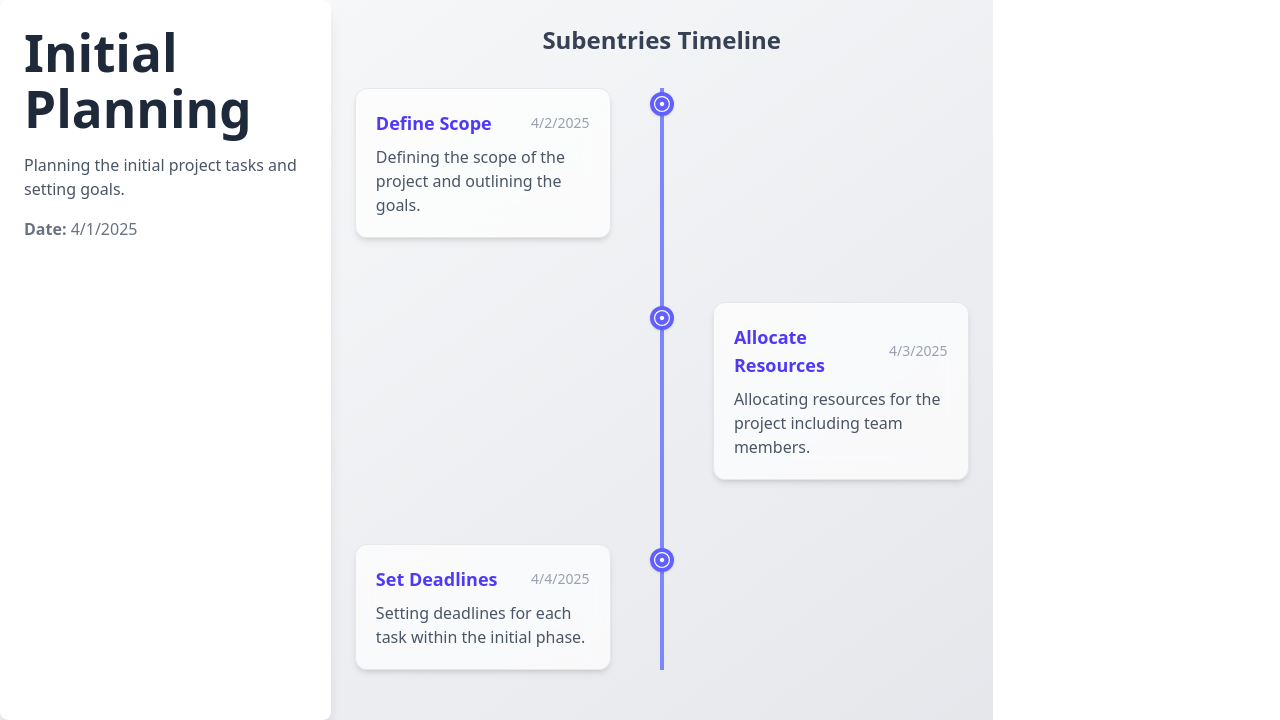
Repository: mohitagrawal0412/Workify
Page: /entryDetails (app in client/)
The author's editor kept a copy of each file at every save. The page is drawn from the files as they stood at one save, then again after a run of saves.
The browser window is 1280 px wide. The pictures show the whole page.
An inner scrolling area shows only its first screen. The project was rebuilt for these pictures with package versions that can differ from the ones it lists, and the page was loaded fresh each time. Also part of the build but not shown: client/vite.config.js, client/src/Components/Dashboard/Dashboard.jsx, client/src/Components/Dashboard/AllProjects.jsx, client/src/Components/Dashboard/ProjectDetails.jsx.

Above is the page before, as saved 2025-04-15 10:34:20.

After the next 2 saves:
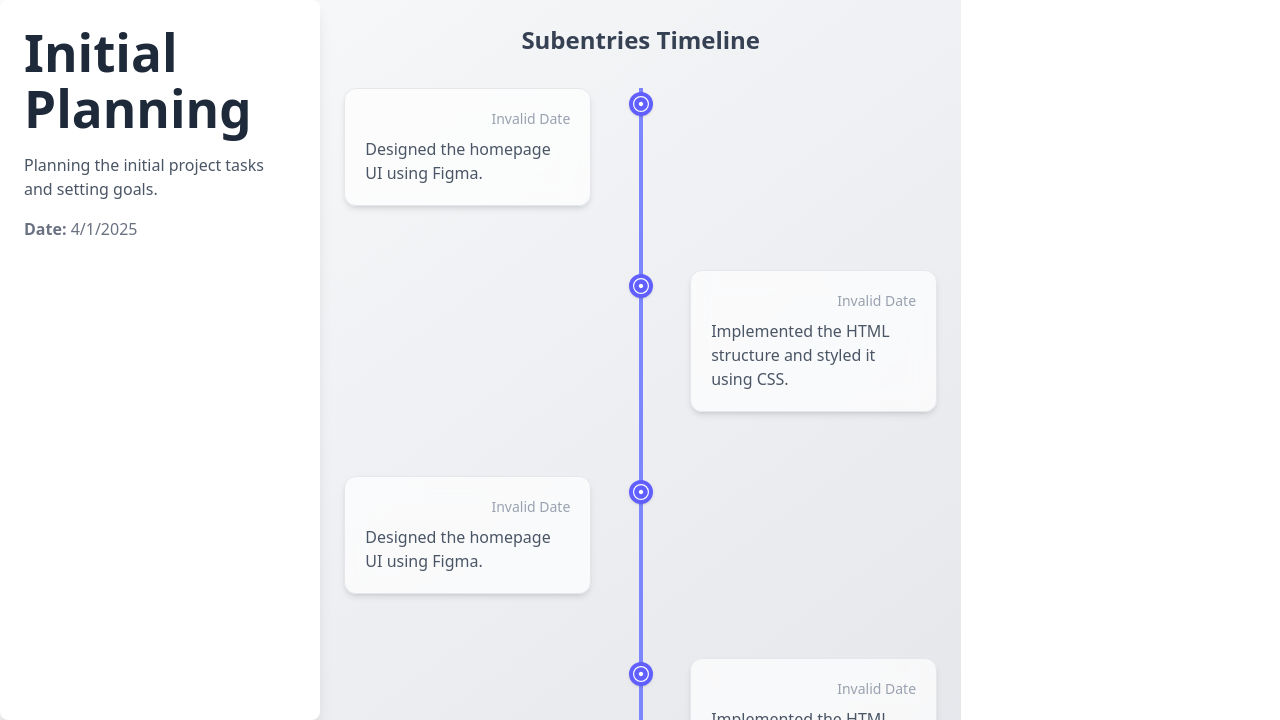
The 2 saves are shown as one change because they came seconds apart.
The last was saved 116 s later.
--- a/client/src/Components/Dashboard/EntryDetails.jsx
+++ b/client/src/Components/Dashboard/EntryDetails.jsx
@@ -8,22 +8,40 @@ const EntryDetails = () => {
         date: "2025-04-01",
         subentries: [
             {
-                _id: "subentry1",
-                title: "Define Scope",
-                description: "Defining the scope of the project and outlining the goals.",
-                date: "2025-04-02",
+                workTitle: "UI Design",
+                description: "Designed the homepage UI using Figma.",
+                whatLearned: "Learned Figma and design principles for web.",
+                tags: ["UI", "Design", "Figma"],
+                notes: "Worked with the design team to finalize UI components.",
+                attachments: ["figma_design_url", "homepage_mockup.png"],
+                spentTime: 5, // In hours
             },
             {
-                _id: "subentry2",
-                title: "Allocate Resources",
-                description: "Allocating resources for the project including team members.",
-                date: "2025-04-03",
+                workTitle: "HTML & CSS",
+                description: "Implemented the HTML structure and styled it using CSS.",
+                whatLearned: "Improved HTML and CSS skills, including responsive design.",
+                tags: ["HTML", "CSS", "Responsive"],
+                notes: "Ensured compatibility across different browsers.",
+                attachments: ["html_code_snippet", "css_code_snippet"],
+                spentTime: 8, // In hours
             },
             {
-                _id: "subentry3",
-                title: "Set Deadlines",
-                description: "Setting deadlines for each task within the initial phase.",
-                date: "2025-04-04",
+                workTitle: "UI Design",
+                description: "Designed the homepage UI using Figma.",
+                whatLearned: "Learned Figma and design principles for web.",
+                tags: ["UI", "Design", "Figma"],
+                notes: "Worked with the design team to finalize UI components.",
+                attachments: ["figma_design_url", "homepage_mockup.png"],
+                spentTime: 5, // In hours
+            },
+            {
+                workTitle: "HTML & CSS",
+                description: "Implemented the HTML structure and styled it using CSS.",
+                whatLearned: "Improved HTML and CSS skills, including responsive design.",
+                tags: ["HTML", "CSS", "Responsive"],
+                notes: "Ensured compatibility across different browsers.",
+                attachments: ["html_code_snippet", "css_code_snippet"],
+                spentTime: 8, // In hours
             },
         ],
     };
